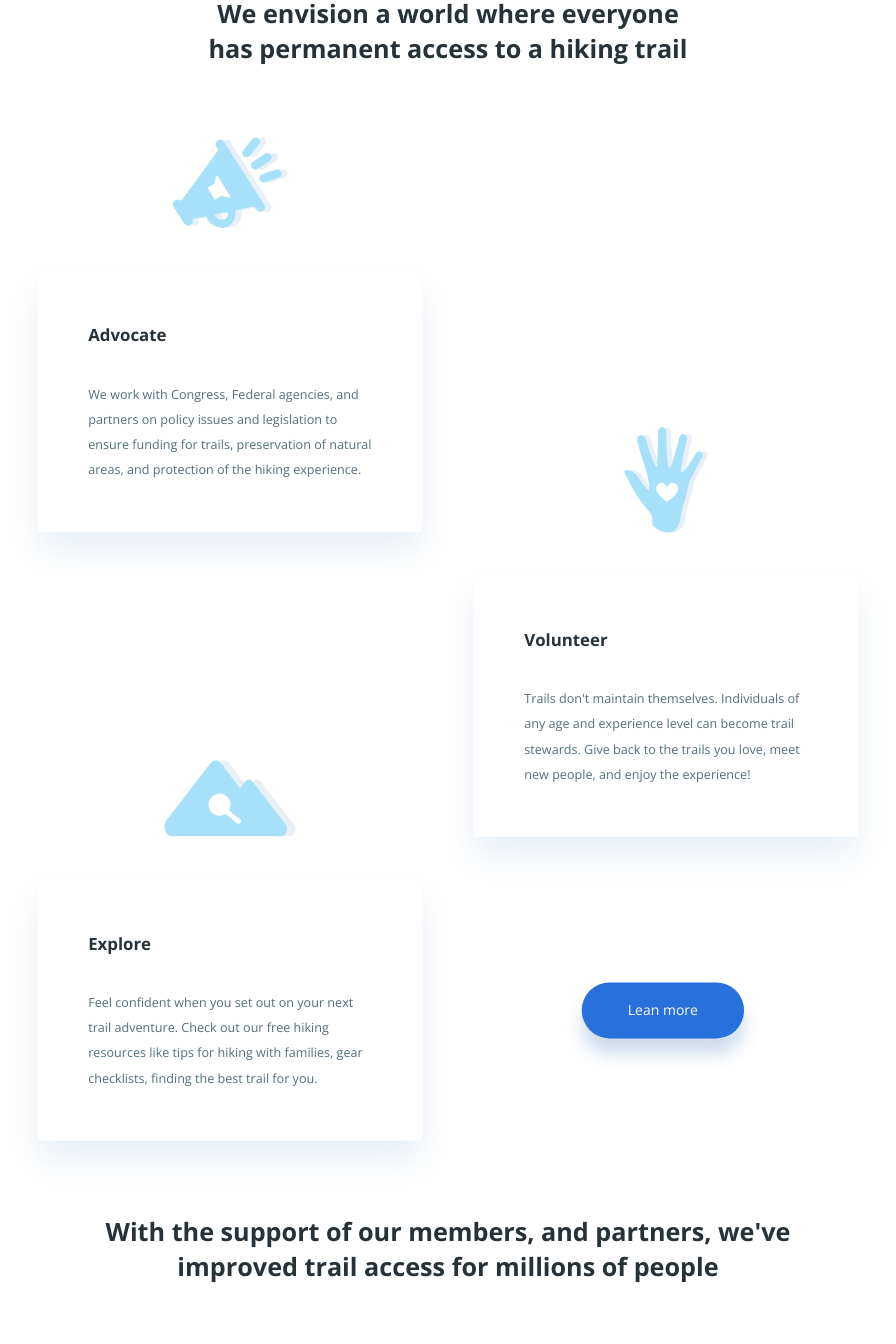
Repository: huubinh98/Project
Page: muncak/index.html
These files come from the project's save history. The page is drawn as it stood at one moment and after the next save; the edit follows.
The browser window is 1280 px wide. The pictures show the part of the page from y = 1188 to 3108 px (the page is 4779 px tall), at 70% of full size.

Above is the page before, as saved 2021-08-28 19:32:51.

### muncak/index.html
<!DOCTYPE html>
<html lang="en">

<head>
    <meta charset="UTF-8">
    <meta http-equiv="X-UA-Compatible" content="IE=edge">
    <meta name="viewport" content="width=device-width, initial-scale=1.0">
    <link rel="stylesheet" href="./style.css">
    <link rel="preconnect" href="https://fonts.googleapis.com">
    <link rel="preconnect" href="https://fonts.gstatic.com" crossorigin>
    <link href="https://fonts.googleapis.com/css2?family=Open+Sans:wght@300;400;600;700&display=swap" rel="stylesheet">
    <title>Muncak</title>
</head>

<body>
    <header class="header">
        <div class="container header-nav">
            <h1 class="logo"><a href="" class="logo-link"><img src="./image/Muncak.png" alt="" class="logo-img"></a>
            </h1>
            <ul class="nav-list">
                <li class="nav-item">
                    <a href="" class="nav-item-link">Home</a>
                </li>
                <li class="nav-item">
                    <a href="" class="nav-item-link">Go Hiking</a>
                </li>
                <li class="nav-item">
                    <a href="" class="nav-item-link">About</a>
                </li>
                <li class="nav-item">
                    <a href="" class="nav-item-link nav-highlight">Login</a>
                </li>
            </ul>
        </div>
        <div class="container-small">
            <h1 class="heading-banner">Lets get the top of Moutain</h1>
            <p class="heading-desc">Here is the hiking information you need to decide
                if it is right for you, and to make it more interesting,
                enjoyable, and safe.</p>
            <a href="#" class="btn c"> Get Started</a>
        </div>
    </header>
    <section class="about">
        <div class="container-small about-wrap">
            <h2 class="heading-name hearding-name-about">We envision a world where everyone
                has permanent access to a hiking trail</h2>
            <div class="about-item">
                <img src="./image/loa.png" alt="loa" class="about-img">
                <div class="about-content">
                    <h4 class="about-content-heading">Advocate</h4>
                    <p class="about-content-desc">We work with Congress, Federal agencies, and partners on policy issues
                        and legislation to ensure funding for trails, preservation of natural areas, and protection of
                        the hiking experience.</p>
                </div>
            </div>
            <div class="about-item">
                <img src="./image/bantay.png" alt="loa" class="about-img">
                <div class="about-content">
                    <h4 class="about-content-heading">Volunteer </h4>
                    <p class="about-content-desc">Trails don't maintain themselves. Individuals of any age and
                        experience level can become trail stewards. Give back to the trails you love, meet new people,
                        and enjoy the experience!</p>
                </div>
            </div>
            <div class="about-item">
                <img src="./image/nui.png" alt="loa" class="about-img">
                <div class="about-content">
                    <h4 class="about-content-heading">Explore</h4>
                    <p class="about-content-desc">Feel confident when you set out on your next trail adventure. Check
                        out our free hiking resources like tips for hiking with families, gear checklists, finding the
                        best trail for you.</p>
                </div>
            </div>
            <a href="" class="btn btn-about">Lean more</a>
        </div>
        <div class="container-small about-custumer">
            <h2 class="heading-name">With the support of our members, and partners, we've improved trail access for millions of people</h2>
            <div class="customer-content">
                <p class="customer-text">We’ve Mobilized <span>558,768</span> Trail Volunteers</p>
                <p class="customer-text">We’ve Facilitated <span>41,146</span>
                    Miles of Trail Maintenance & Construction</p>
                <p class="customer-text">Volunteers Have Contributed <span>$108 Milion</span> in Volunteer Labor</p>
            </div>
        </div>
    </section>

    <!-- -----------new--------------- -->
    <section class="new">
        <div class="container-small">
            <h2 class="heading-name">Protecting Trails: Current News and Issues</h2>
            <div class="new-content">
                <div class="new-item">
                    <a href="#" class="new-item-link">
                        <img src="./image/pic1.jpg" alt="pic1" class="new-item-img">
                    </a>
                    <div class="new-item-text">
                        <h3 class="new-item-name">2,802 Miles of Trail to be Improved on International Trails Day</h3>
                        <p class="new-item-desc">On June 2, 2018, people across the worldwill come together to
                            collectively improve 2,802 miles of trail—the distance across the world—during International
                            Trails Day. Muncak invites hikers, cyclists,…</p>
                        <a href="#" class="new-item-link">Read More</a>
                    </div>
                </div>
                <div class="new-item">
                    <a href="#" class="new-item-link">
                        <img src="./image/pic2.jpg" alt="pic1" class="new-item-img">
                    </a>
                    <div class="new-item-text">
                        <h3 class="new-item-name">Four Ways to Celebrate International Trails Day on a Bicycle</h3>
                        <p class="new-item-desc">There are many ways to celebrate the International Trails Day on June 2. It’s even possible to participate on a bicycle. And if you go on a bike overnight trip during International Trails Dayyou will simultaneously…</p>
                        <a href="#" class="new-item-link">Read More</a>
                    </div>
                </div>
                <div class="new-item">
                    <a href="#" class="new-item-link">
                        <img src="./image/pic3.jpg" alt="pic1" class="new-item-img">
                    </a>
                    <div class="new-item-text">
                        <h3 class="new-item-name">Millennials are the Future of our Trails</h3>
                        <p class="new-item-desc">The smell of fresh dew is a welcome scent, as the crunch of my boots melds with the sound of the birds singing their morning song. It’s early and I am wearing layers, but it won’t be long until they are peeled away to adapt to the summer…</p>
                        <a href="#" class="new-item-link">Read More</a>
                    </div>
                </div>
            </div>
        </div>
    </section>

    <div class="contact-footer">
        <div class="container">
            <h5 class="contact-heading">Receive the latest updates on how to protect trails.
                Subscribe to the monthly edition of Paperless Trails.</h5>
            <form action="">
                <input type="text" name="Name" id="" class="form-input">
                <input type="text" name="Email" id="" class="form-input">
                <button type="submit">Subscribe</button>
            </form>
        </div>
        <footer class="footer container">
            <div class="footer-info">
                <div class="footer-item">
                    <h4>Contact US</h4>
                    <p>Muncak hiking society
                        8605 Second Ave.
                        Silver Spring, MD 20910</p>
                    <p>
                        <span>Info@muncak.org</span>
                        <span>1-301-565-6704 (Main)</span>
                        <span>1-800-972-8608 (Toll-free)</span>
                    </p>
                </div>
                <div class="footer-item">
                    <h4>About us</h4>
                    <ul>
                        <li>
                            <a href="">Our Mission</a>
                        </li>
                        <li>
                            <a href="">Our Team</a>
                        </li>
                        <li>
                            <a href="">Corporate Sponsors</a>
                        </li>
                        <li>
                            <a href="">Financials</a>
                        </li>
                        <li>
                            <a href="">Media Center</a>
                        </li>
                    </ul>
                </div>
                <div class="footer-item">
                    <h4>Our Programs</h4>
                    <ul>
                        <li>
                            <a href="">Hike The Hill</a>
                        </li>
                        <li>
                            <a href="">Volunteer Vacations</a>
                        </li>
                        <li>
                            <a href="">Alternative Break</a>
                        </li>
                    </ul>
                </div>
                <div class="footer-item">
                    <h4>support trails</h4>
                    <ul>
                        <li>
                            <a href="">Donate</a>
                        </li>
                        <li>
                            <a href="">Individual Membership</a>
                        </li>
                        <li>
                            <a href="">Gift membership</a>
                        </li>
                        <li>
                            <a href="">Hiker Store</a>
                        </li>
                    </ul>
                </div>
                <div class="footer-item">
                    <h4>hiking resources</h4>
                    <ul>
                        <li>
                            <a href="">Hikes Near You</a>
                        </li>
                        <li>
                            <a href="">Hiking 101</a>
                        </li>
                        <li>
                            <a href="">Muncak Blog</a>
                        </li>
                        <li>
                            <a href="">Hiking Organizations</a>
                        </li>
                    </ul>
                </div>
            </div>
            <ul class="socical">
                <li class="socical-item">
                    <a href="" class="socical-item-link">
                        <img src="./image/instar.png" alt="" class="socical-item-img">
                    </a>
                </li>
                <li class="socical-item">
                    <a href="" class="socical-item-link">
                        <img src="./image/facebook.png" alt="" class="socical-item-img">
                    </a>
                </li>
                <li class="socical-item">
                    <a href="" class="socical-item-link">
                        <img src="./image/tiwer.png" alt="" class="socical-item-img">
                    </a>
                </li>
            </ul>
        </footer>
    </div>
</body>

</html>

### muncak/style.css
* {
    margin: 0;
    padding: 0;
    box-sizing: border-box;
}

html {
    font-size: 62.5%;
    line-height: 1.6rem;
    font-family: 'Open Sans', sans-serif;
    scroll-behavior: smooth;
}

ul, li {
    list-style: none;
}

a {
    text-decoration: none;
}

.container {
    max-width: 1404px;
    width: 100%;
    margin: 0 auto;
}

.container-small {
    max-width: 1172px;
    width: 100%;
    margin: 0 auto;
}

.btn {
    font-size: 2rem;
    line-height: 8rem;
    color: #fbfcfc;
    background-color: #2870db;
    border-radius: 40px;
    display: inline-block;
    padding: 0 66px;
    box-shadow: 0 22px 24px rgba(17, 83, 165, 0.21);
    transition: 0.25s ease;
}

.heading-name {
    font-size: 3.6rem;
    line-height: 5rem;
    text-align: center;
    margin: 0 auto;
    color: #263238;
    margin-bottom: 101px;
    max-width: 1000px;
}

.btn:hover {
    background-color: #1153a5;
}

/* ----------------------- */

.header {
    margin: 0 auto;
    max-width: 1900px;
    height: 1026px;
    background-color: white;
    background-image: url(./image/backgroudleft1.png), url(./image/Muncak-Landing-Page.png);
    background-position: left bottom, right top;
    background-repeat: no-repeat, no-repeat;
}

.header-nav {
    display: flex;
    justify-content: space-between;
    padding-top: 85px;
}

.logo{

}
.logo-link{

}
.logo-img{

}
.nav-list{

}
.nav-item{
    display: inline-block;
}
.nav-item-link{
    font-size: 1.8rem;
    font-weight: 400;
    line-height: 3.6rem;
    color: #fff;
    padding: 0 36px;
    display: inline-block;
}

.nav-highlight {
    background-color: #fff;
    color: #14215e;
    border-radius: 14px;
}

.heading-banner {
    font-size: 5rem;
    line-height: 6rem;
    color: #1c2056;
    margin-top: 144px;
    max-width: 400px;
}

.heading-desc {
    font-size: 1.8rem;
    line-height: 4rem;
    color: rgba(45, 32, 88, 0.65);
    max-width: 400px;
    margin-top: 43px;
    margin-bottom: 103px;
}

.btn-heading {
    margin-bottom: 310px;
}


/* -----------about---------------- */
.about {
    padding-top: 158px;
}

.about-wrap {
    margin-bottom: 105px;
}

.hearding-name-about {
    max-width: 700px;
}

.about-item {
    margin-top: -150px;
    max-width: 549px;
}

.about-item:nth-child(2n + 1) {
    margin-left: auto;
}

.about-item:nth-child(2n + 2) {
    margin-top: -109px;
}

.about-item:first-of-type {
    margin-top: 0;
}

.about-img {
    display: block;
    margin: 0 auto;
    margin-bottom: 63px;
}

.about-content {
    box-shadow: 0 27px 43px rgb(32 94 171 / 10%);
    background-color: #fff;
    padding: 72px;
}

.about-content-heading {
    font-size: 2.4rem;
    line-height: 3.6rem;
    color: #263238;
    padding-bottom: 48px;
}

.about-content-desc {
    font-size: 1.8rem;
    line-height: 3.6rem;
    color: #546e7a;
}

.btn-about {
    float: right;
    margin-right: 163px;
    margin-top: -226px;
}

/* -----------customer-------------- */

.about-custumer {
    margin-top: 105px;
}

.customer-content {
    display: flex;
    justify-content: space-between;
}

.customer-text {
    text-align: center;
    font-size: 2.2rem;
    line-height: 2.3rem;
    color: #263238;
}

.customer-text span {
    font-size: 3.6rem;
    display: block;
    color: #1a56a3;
    font-weight: 700;
    line-height: 3.4rem;
    padding: 34px 0;
}

After the next save:
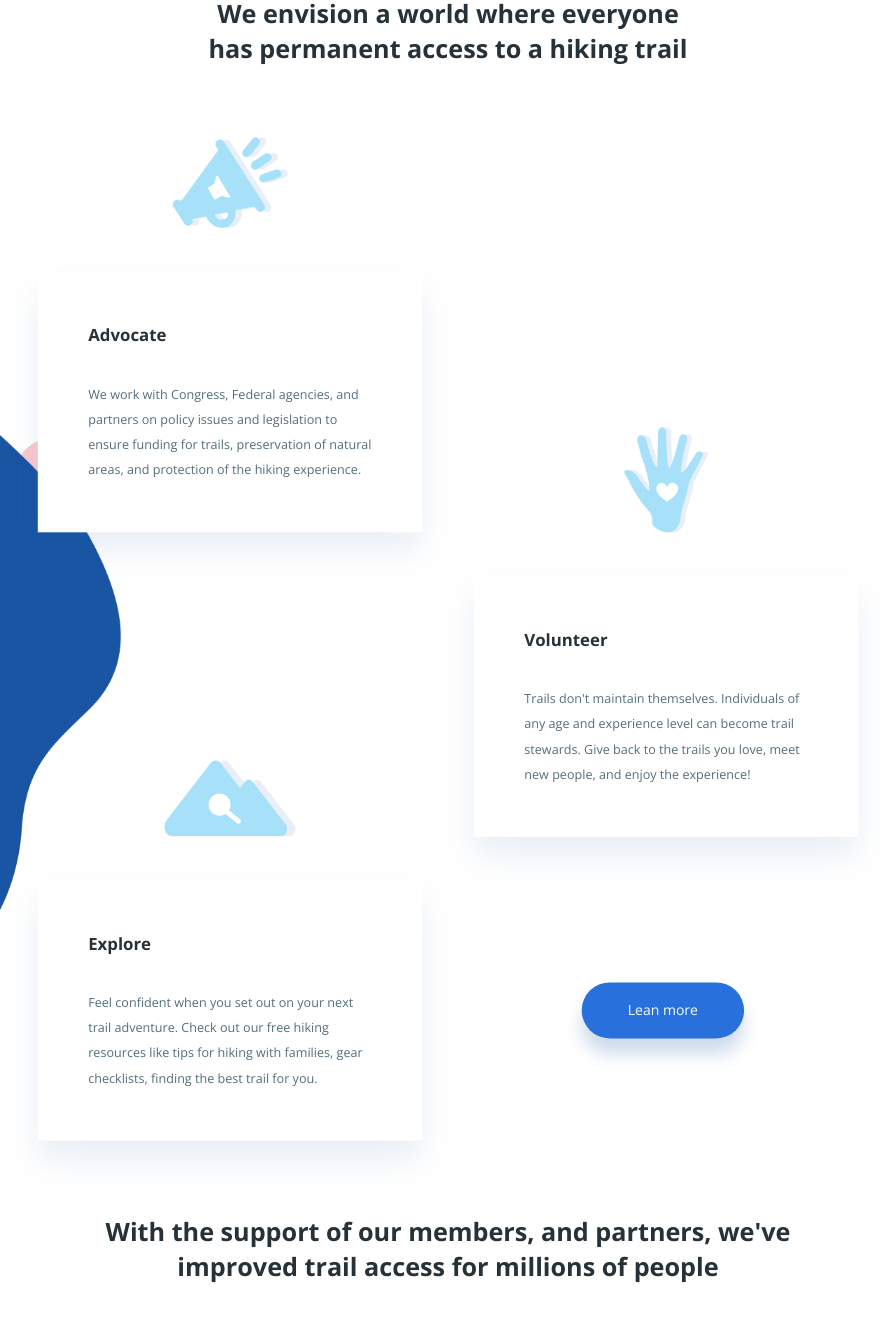
Saved 3 min 29 s later.
--- a/muncak/style.css
+++ b/muncak/style.css
@@ -130,6 +130,9 @@ a {
 /* -----------about---------------- */
 .about {
     padding-top: 158px;
+    background-image: url(./image/backgroudleft1.png);
+    background-repeat: no-repeat;
+    background-position: left;
 }
 
 .about-wrap {
